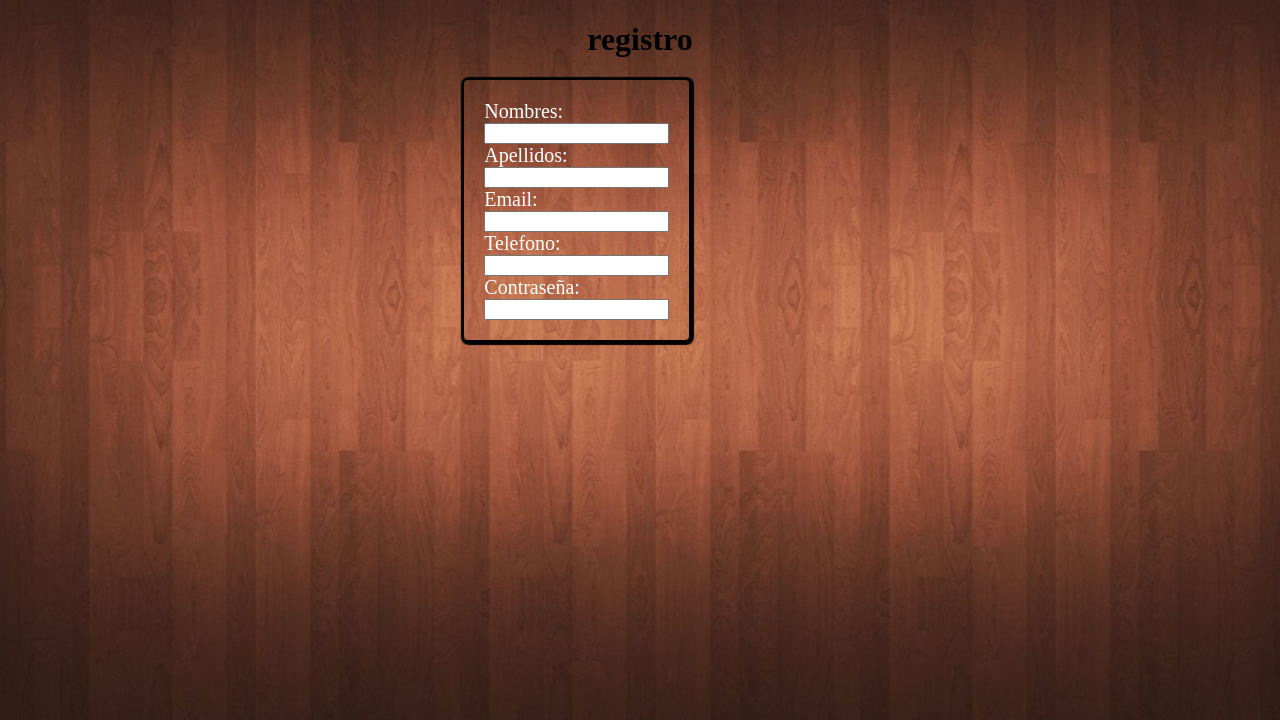
Repository: ye909/aplicacion_restaurante
Page: public/templeis/registro.html
These files come from the project's save history. The page is drawn as it stood at one moment and after the next save; the edit follows.
The browser window is 1280 px wide. The pictures show the whole page.

Above is the page before, as saved 2024-11-12 21:41:52.

After the next save:
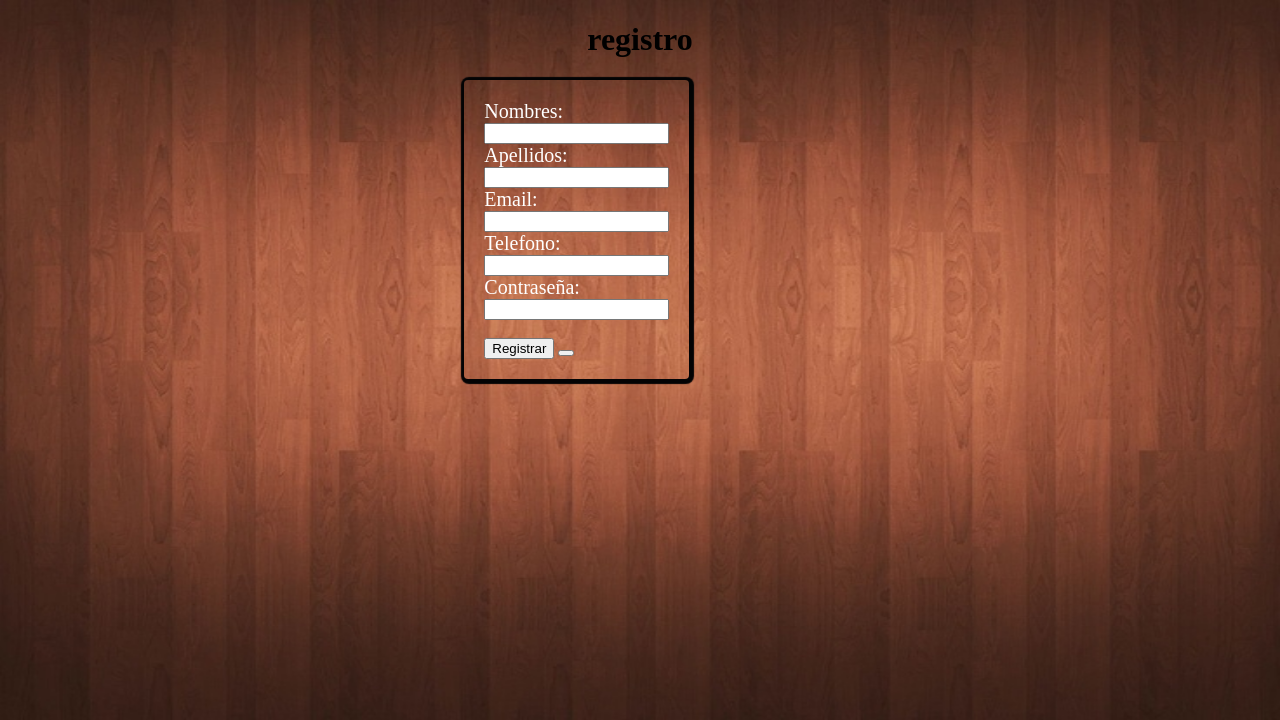
Saved 98 s later.
--- a/public/templeis/registro.html
+++ b/public/templeis/registro.html
@@ -24,6 +24,11 @@
             <br>
             <label for="password">Contraseña:</label><br>
             <input type="password" id="password" name="password">
+            <br><br>
+            <div>
+                <button>Registrar</button>
+                <button></button>
+            </div>
         </form>
     </div>
 </body>
